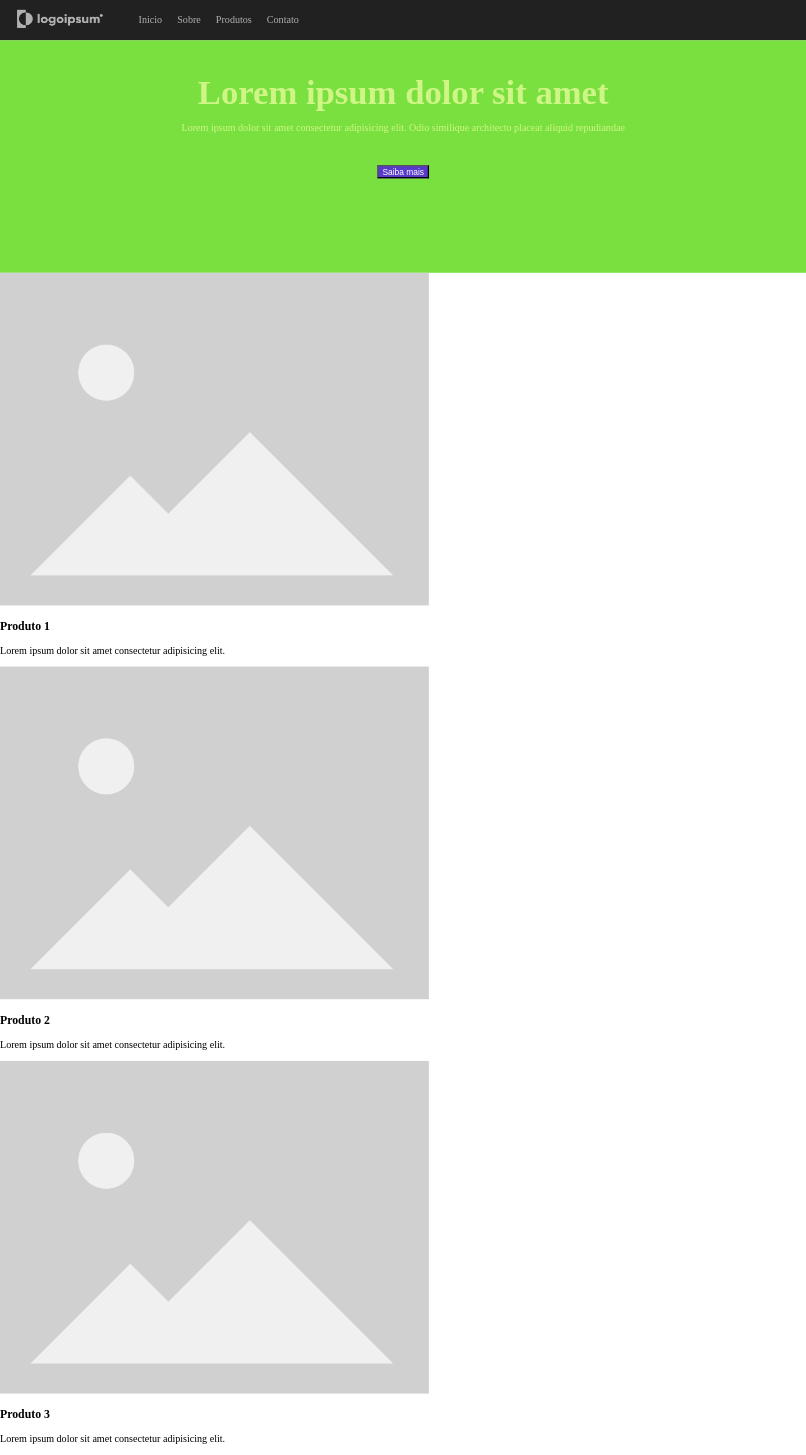
Repository: Carolden/SiteCrie_Ti
Page: index.html
An editor plug-in stored every save of this project. The page is shown before and after the next save, followed by the edit.
The browser window is 1280 px wide. The pictures show the whole page, at 63% of full size.

Above is the page before, as saved 2023-04-23 20:53:16.

After the next save:
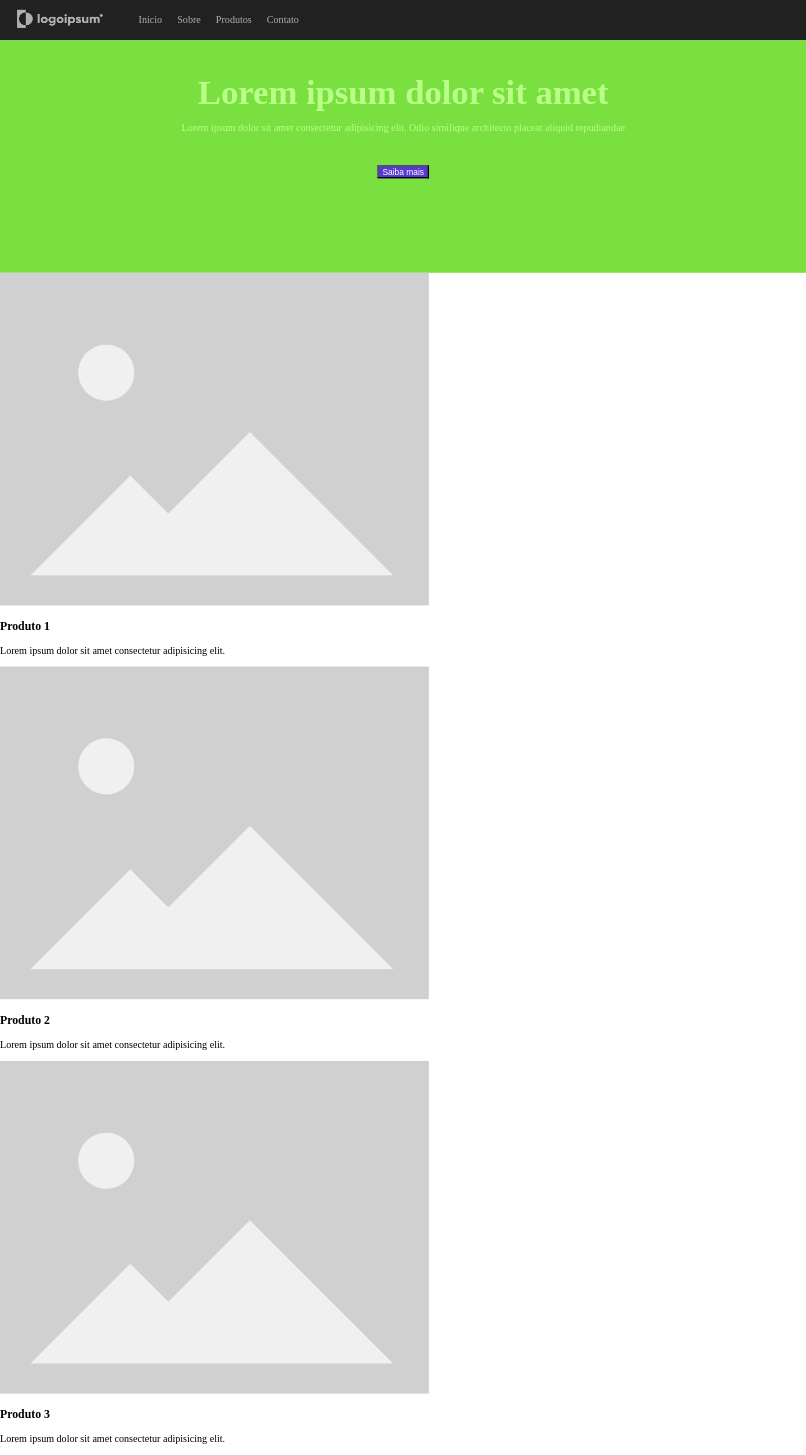
Saved 29 s later.
--- a/index.css
+++ b/index.css
@@ -31,7 +31,7 @@ header nav a {
 
 .banner {
     background-color: rgb(121, 224, 63);
-    color: #d0f587;
+    color: rgb(185, 255, 137);
     text-align: center;
     padding-top: 5px;
     padding-bottom: 150px;
